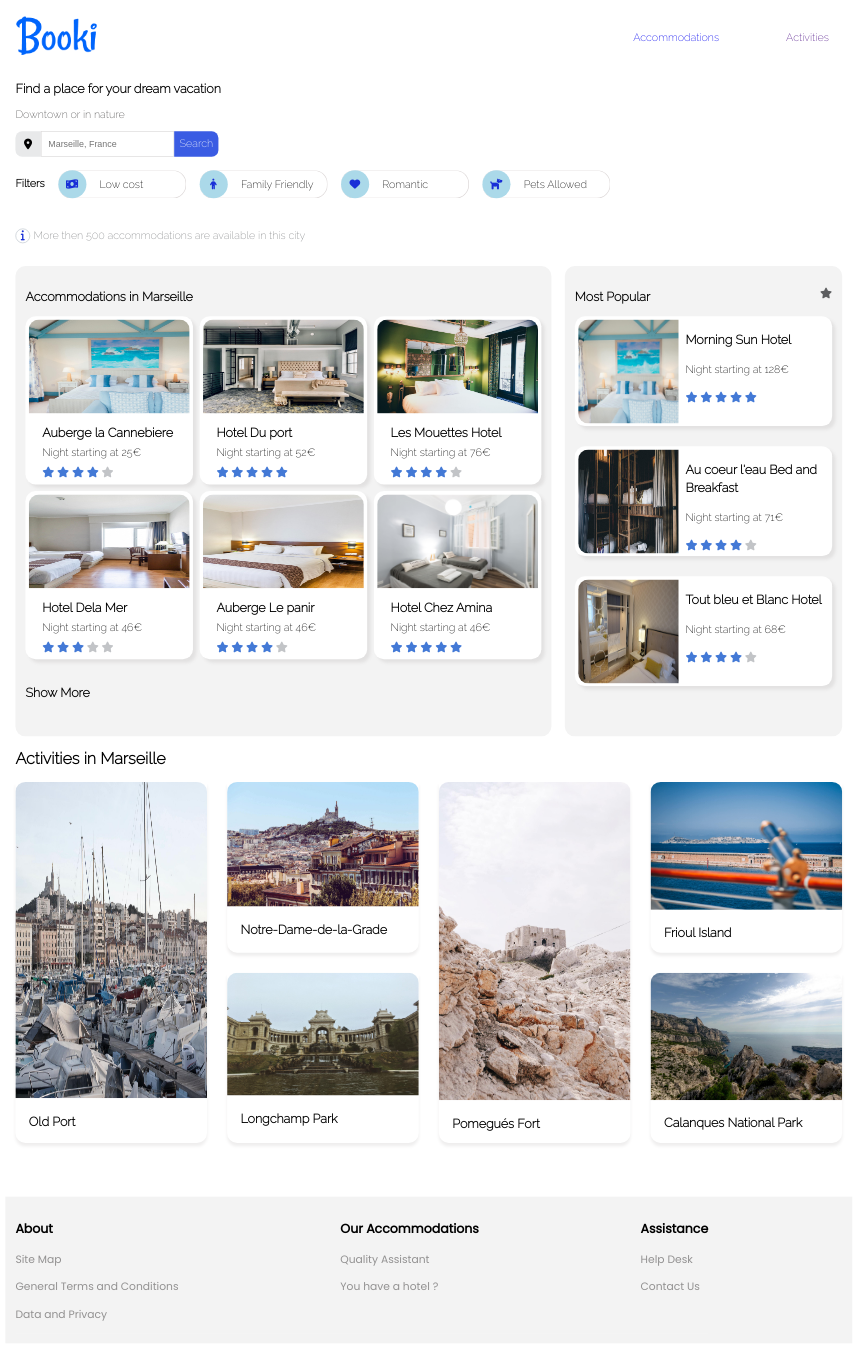
Repository: ailahin/booki
Page: index.html
The author's editor kept a copy of each file at every save. The page is drawn from the files as they stood at one save, then again after the next save.
The browser window is 1280 px wide. The pictures show the whole page, at 67% of full size.
Some web fonts or font styles are not loaded; a fallback is used. Some web libraries are served in a nearby version.

Above is the page before, as saved 2023-07-22 12:39:10.

After the next save:
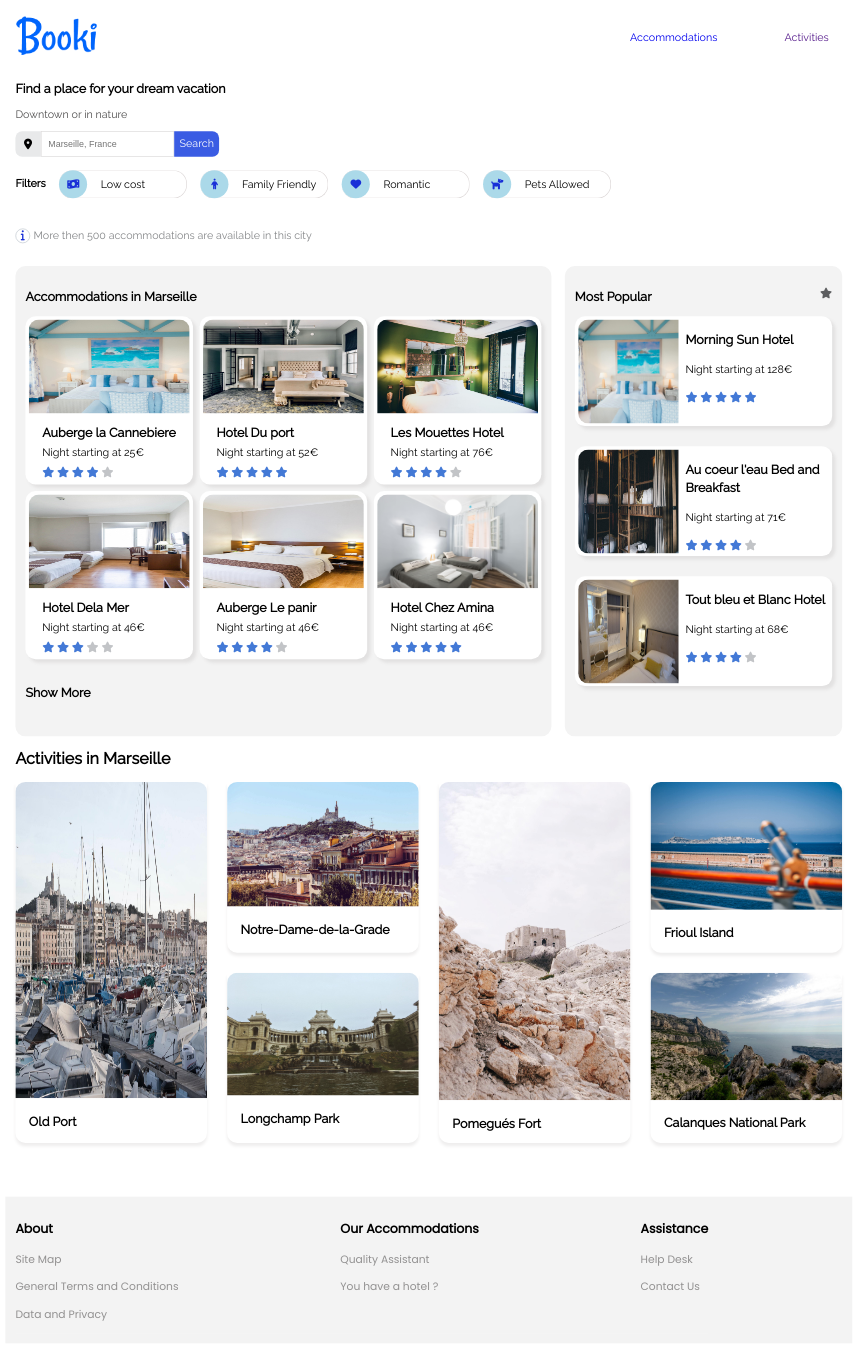
Saved 72 s later.
--- a/index.html
+++ b/index.html
@@ -14,8 +14,8 @@
     <link href="https://fonts.googleapis.com/css2?family=Poppins&display=swap" rel="stylesheet">
 
     <link rel="preconnect" href="https://fonts.googleapis.com">
-<link rel="preconnect" href="https://fonts.gstatic.com" crossorigin>
-<link href="https://fonts.googleapis.com/css2?family=Raleway:wght@200&display=swap" rel="stylesheet">
+    <link rel="preconnect" href="https://fonts.gstatic.com" crossorigin>
+    <link href="https://fonts.googleapis.com/css2?family=Raleway&display=swap" rel="stylesheet">
 
     <script src="https://kit.fontawesome.com/a5dfdf2455.js" crossorigin="anonymous"></script>
 
